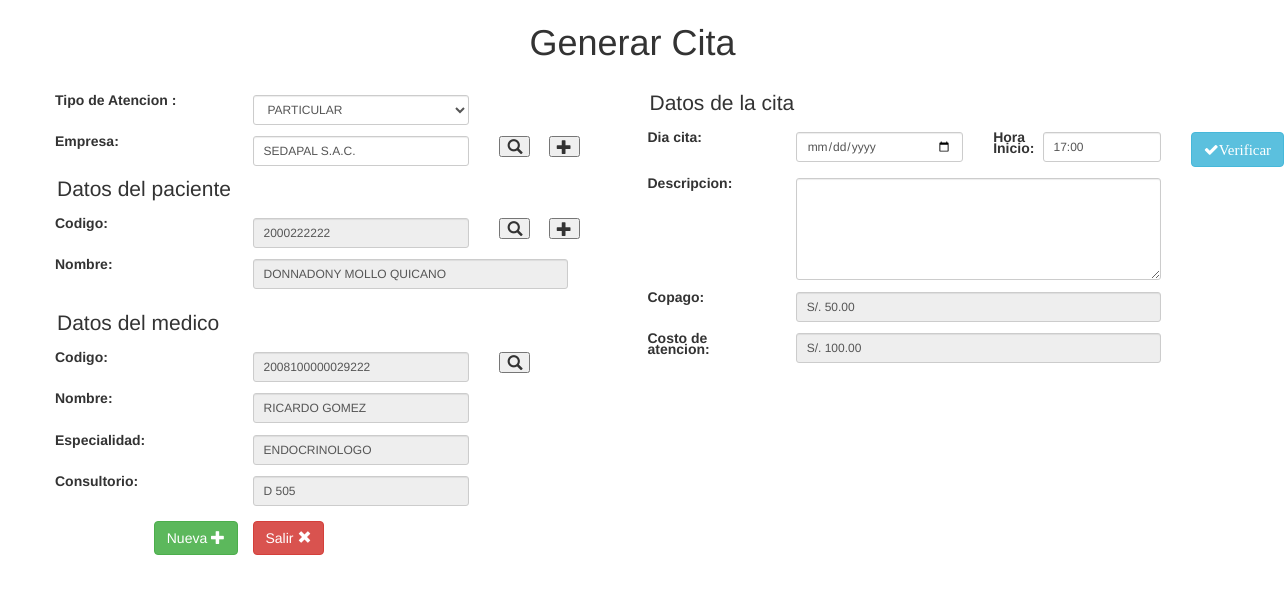
Repository: Donyx10/ADSII-ProyectoClinica
Page: http://localhost/AvanceWeb/GeneraCitaMedica.jsp
These files come from the project's save history. The page is drawn as it stood at one moment and after the next save; the edit follows.
The browser window is 1280 px wide. The page is 1284 px wide, so the pictures cover 1284 px, including what lies to the right of the window. The pictures show the whole page.
Some web fonts or font styles are not loaded; a fallback is used. The page is served by Tomcat 9. Other server files are loaded and not shown.

Above is the page before, as saved 2018-06-04 05:56:53.

### WebDemo/AvanceWeb/WebContent/GeneraCitaMedica.jsp
<!DOCTYPE html>
<html lang="esS">
<head>
<meta charset="UTF-8">
<meta name="viewport"
	content="width=device-width, initial-scale=1, maximum-scale=1, user-scalable=no">
<script type="text/javascript" src="js/jquery.min.js"></script>
<script type="text/javascript" src="js/jquery.dataTables.min.js"></script>
<script type="text/javascript" src="js/dataTables.bootstrap.min.js"></script>
<script type="text/javascript" src="js/bootstrap.min.js"></script>
<script type="text/javascript" src="js/bootstrapValidator.js"></script>
<link rel="stylesheet" href="css/bootstrap.css" />
<link rel="stylesheet" href="css/dataTables.bootstrap.min.css" />
<link rel="stylesheet" href="css/style.css" />
<link rel="stylesheet" href="css/bootstrapValidator.css" />
<link rel="stylesheet"
	href="https://cdnjs.cloudflare.com/ajax/libs/font-awesome/4.7.0/css/font-awesome.min.css">
<title>Generar Cita</title>

</head>
<body>

	<div class="container" style="padding-top: 3px; line-height: 0.8; padding-left: 0.01px;">
		<h1 align="center">Generar Cita</h1>
		<br>
		<br>
		<form action="generarCita" id="id_form">
			<div class="form-group row">
				<div class="col-md-6" >

					<div class="form-group row" align="left" id="atencion">
						<div class="col-md-12" >
							<div class="row">
								<div class="col-md-4">
									<label for="atencion">Tipo de Atencion : </label>
								</div>
								<div class="col-md-5">
									<select class="form-control input-sm" style="">
										<option>PARTICULAR
										<option>EPS
										<option>SEGURO
									</select>
								</div>
							</div>
							<br>
							<div class="row">
									<div class="col-md-4">
										<label class="" for="id_codigo">Empresa:</label>
									</div>
									<div class="col-md-5">
										<input class="form-control input-sm" type="text"
											value="SEDAPAL S.A.C." id="" name=""
											placeholder="Ingrese el codigo">
									</div>
									<div class="col-md-1" align="right">
										<button style="font-size: 15px">
											<i class="glyphicon glyphicon-search"></i>
										</button>
									</div>
									<div class="col-sm-1">
										<button style="font-size: 15px">
											<i class="glyphicon glyphicon-plus"></i>
										</button>
									</div>
								</div>

						</div>
					</div>

					<div class="form-group row" align="left" id="paciente">
						<div class="col-md-12" >
							<fieldset>
								<legend>Datos del paciente</legend>
								<div class="row">
									<div class="col-md-4">
										<label class="" for="id_codigo">Codigo:</label>
									</div>
									<div class="col-md-5">
										<input class="form-control input-sm" type="text" readonly="readonly"
											value="2000222222" id="" name=""
											placeholder="Ingrese el codigo">
									</div>
									<div class="col-md-1" align="right">
										<button style="font-size: 15px">
											<i class="glyphicon glyphicon-search"></i>
										</button>
									</div>
									<div class="col-sm-1">
										<button style="font-size: 15px">
											<i class="glyphicon glyphicon-plus"></i>
										</button>
									</div>
								</div>
								<br>
								<div class="row">
									<div class="col-md-4">
										<label class="" for="">Nombre:</label>
									</div>
									<div class="col-md-7">
										<input class="form-control input-sm" type="text" readonly="readonly"
											value="DONNADONY MOLLO QUICANO" id="" name=""
											placeholder="Ingrese el nombre" size="30">
									</div>
								</div>

							</fieldset>
						</div>

					</div>

					<br>
					<div class="form-group row" id="cita" >
						<div class="col-md-12">
						<fieldset>
								<legend>Datos del medico</legend>

								<div class="row">
									<div class="col-md-4">
										<label class="" for="id_codigo">Codigo:</label>
									</div>
									<div class="col-md-5">
										<input class="form-control input-sm" type="text" readonly="readonly"
											id="id_codigo" value="2008100000029222"
											name="computadora.nombre" placeholder="Ingrese el codigo">

									</div>
									<div class="col-md-1">
										<button style="font-size: 15px">
											<i class="glyphicon glyphicon-search"></i>
										</button>
									</div>
								</div>
								<br>
								<div class="row">
									<div class="col-md-4">
										<label class="" for="">Nombre:</label>
									</div>
									<div class="col-md-5">
										<input class="form-control input-sm" type="text" id="" readonly="readonly"
											value="RICARDO GOMEZ" name="" placeholder="Ingrese el nombre">
									</div>
								</div>
								<br>
								<div class="row">
									<div class="col-md-4">
										<label class="" for="">Especialidad:</label>
									</div>
									<div class="col-md-5">
										<input class="form-control input-sm" type="text" id="" name="" readonly="readonly"
											value="ENDOCRINOLOGO" placeholder="Ingrese la especialidad">
									</div>
								</div>
								<br>
								<div class="row">
									<div class="col-md-4">
										<label class="" for="">Consultorio:</label>
									</div>
									<div class="col-md-5">
										<input class="form-control input-sm" type="text" id="" name="" readonly="readonly"
											value="D 505" placeholder="Ingrese el consultorio">
									</div>
								</div>
							</fieldset>

						</div>
					</div>
					<div class="form-group row" id="botones">
						<div class="col-md-2" align="center"></div>
						<div class="col-md-2" align="center">
							<button type="submit" class="btn btn-success">
								Nueva <span class="glyphicon glyphicon-plus"></span>
							</button>
						</div>
						<div class="col-md-2" align="center">
							<button type="submit" class="btn btn-danger">
								Salir <span class="glyphicon glyphicon-remove"></span>
							</button>
						</div>
					</div>
				</div>
				<div class="col-md-6" >
					<div class="form-group row" id="medico"
						>
						<div class="col-md-12" >
							<fieldset>
								<legend>Datos de la cita </legend>
								<!--
								<div class="row">
									<div class="col-md-3">
										<label class="" for="">Especialidad:</label>
									</div>
									<div class="col-md-4">
										<select class="form-control input-sm">
											<option>TRAUMATOLOGIA
											<option>CIRUJIA
											<option>GINECOLOGIA
										</select>
									</div>
								</div>
								<br>
								 -->
								<!--
						<div class="row">
							<div class="col-md-3">
								<label class="" for="">Numero:</label>
							</div>
							<div class="col-md-3">
								<input class="form-control" type="text" id="" name="" value="001-000029"
									size="10" placeholder="Numero">
							</div>
						</div>
						<br>-->
								<div class="row">
									<div class="col-md-3">
										<label class="" for="id_codigo">Dia cita:</label>
									</div>
									<div class="col-md-4">
										<input class="form-control input-sm" type="date" id=""
											value="5/18/2018" name="" placeholder="Dia" size="10">

									</div>

									<div class="col-md-1">
										<label class="" for="id_codigo">Hora Inicio:</label>
									</div>
									<div class="col-md-3">
										<input class="form-control input-sm" type="text" id="" name=""
											value="17:00" placeholder="Hora" size="10">

									</div>
									<div class="col-md-1">
										<button style="font-size: 15px" class="btn btn-info">
											<i class="fa fa-check">Verificar</i>
										</button>

									</div>
								</div>
								<br>
								<div class="row">
									<div class="col-md-3">
										<label class="" for="">Descripcion:</label>
									</div>
									<div class="col-lg-8">
										<textarea class="form-control input-sm" rows="5" id="comment"></textarea>
									</div>
								</div>
								<br>
								<div class="row">
									<div class="col-md-3">
										<label class="" for="">Copago:</label>
									</div>
									<div class="col-lg-8">
										<input class="form-control input-sm" type="text" id="" name="" readonly="readonly"
											value="S/. 50.00" placeholder="Hora" size="10">
									</div>
								</div>
								<br>
								<div class="row">
									<div class="col-md-3">
										<label class="" for="">Costo de atencion:</label>
									</div>
									<div class="col-lg-8">
										<input class="form-control input-sm" type="text" id="" name="" readonly="readonly"
											value="S/. 100.00" placeholder="Hora" size="10">
									</div>
								</div>
							</fieldset>
						</div>
					</div>
				</div>
			</div>
		</form>
	</div>
</body>
</html>

### WebDemo/AvanceWeb/WebContent/css/style.css


.table-fixed {
	width: 100%;
	background-color: #f3f3f3;
}

.table-fixed tbody {
	height: 120px;
	overflow-y: auto;
	width: 100%;
}

.table-fixed thead, .table-fixed tbody, .table-fixed tr, .table-fixed td,
	.table-fixed th {
	display: block;
}

.table-fixed tbody td {
	float: left;
}

.table-fixed thead tr th {
	float: left;
	background-color: #f39c12;
	border-color: #e67e22;
}

legend {
    display: block;
    padding-left: 2px;
    padding-right: 2px;
    border: none;
}

Loaded but not shown: WebDemo/AvanceWeb/WebContent/js/jquery.min.js (library); WebDemo/AvanceWeb/WebContent/js/jquery.dataTables.min.js (library); WebDemo/AvanceWeb/WebContent/js/dataTables.bootstrap.min.js (common file); WebDemo/AvanceWeb/WebContent/js/bootstrap.min.js (library); WebDemo/AvanceWeb/WebContent/js/bootstrapValidator.js (library); WebDemo/AvanceWeb/WebContent/css/bootstrap.css (library); WebDemo/AvanceWeb/WebContent/css/dataTables.bootstrap.min.css (library); WebDemo/AvanceWeb/WebContent/css/bootstrapValidator.css (common file)

After the next save:
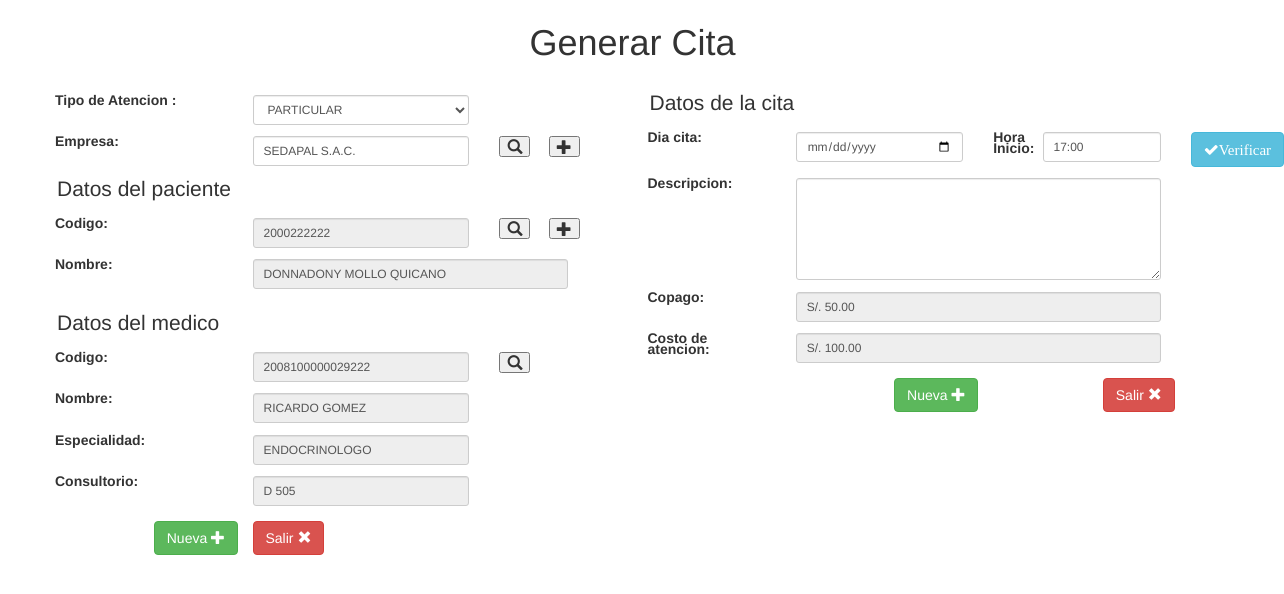
Saved 2 min 10 s later.
--- a/WebDemo/AvanceWeb/WebContent/GeneraCitaMedica.jsp
+++ b/WebDemo/AvanceWeb/WebContent/GeneraCitaMedica.jsp
@@ -268,6 +268,19 @@
 						</div>
 					</div>
 				</div>
+				<div class="form-group row" id="botones">
+						<div class="col-md-2" align="center"></div>
+						<div class="col-md-2" align="center">
+							<button type="submit" class="btn btn-success">
+								Nueva <span class="glyphicon glyphicon-plus"></span>
+							</button>
+						</div>
+						<div class="col-md-2" align="center">
+							<button type="submit" class="btn btn-danger">
+								Salir <span class="glyphicon glyphicon-remove"></span>
+							</button>
+						</div>
+					</div>
 			</div>
 		</form>
 	</div>
